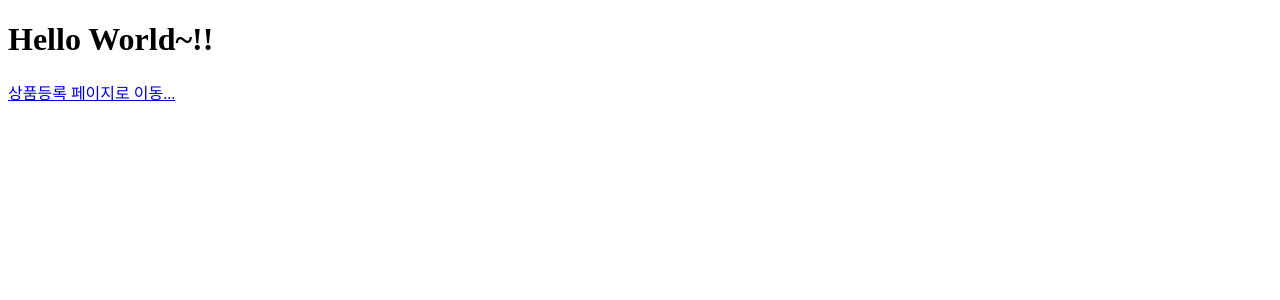
Repository: donghoonshin96/20230601
Page: http://localhost/jsp_study/
The author's editor kept a copy of each file at every save. The page is drawn from the files as they stood at one save, then again after the next save.
The browser window is 1280 px wide. The pictures show the whole page.
The page is served by Tomcat 9.

Above is the page before, as saved 2023-05-11 00:14:01.

After the next save:
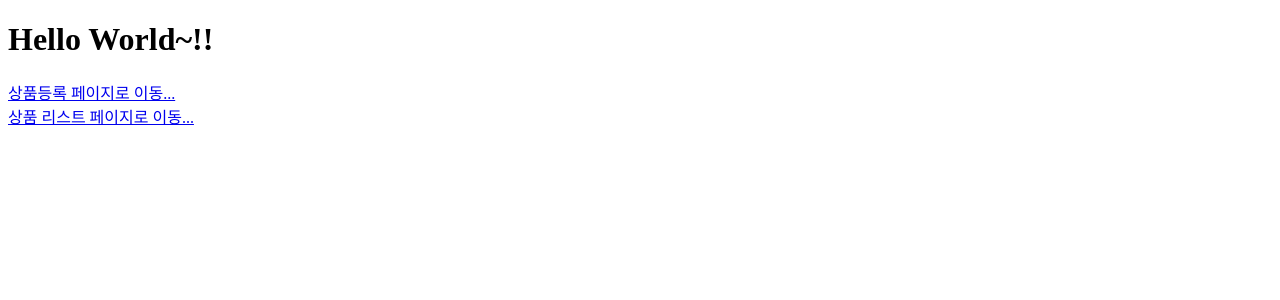
Saved 39 s later.
--- a/jsp_project1/jsp_study/src/main/webapp/index.jsp
+++ b/jsp_project1/jsp_study/src/main/webapp/index.jsp
@@ -1,5 +1,5 @@
 <%@ page language="java" contentType="text/html; charset=UTF-8"
-    pageEncoding="UTF-8"%>
+	pageEncoding="UTF-8"%>
 <!DOCTYPE html>
 <html>
 <head>
@@ -7,11 +7,11 @@
 <title>Index</title>
 </head>
 <body>
-    <h1>
-        Hello World~!!
-    </h1>
+	<h1>Hello World~!!</h1>
 
-    <a href="register.pd">상품등록 페이지로 이동...</a>
+	<a href="register.pd">상품등록 페이지로 이동...</a>
+	<br>
+	<a href="register.pd">상품 리스트 페이지로 이동...</a>
 
 </body>
 </html>
